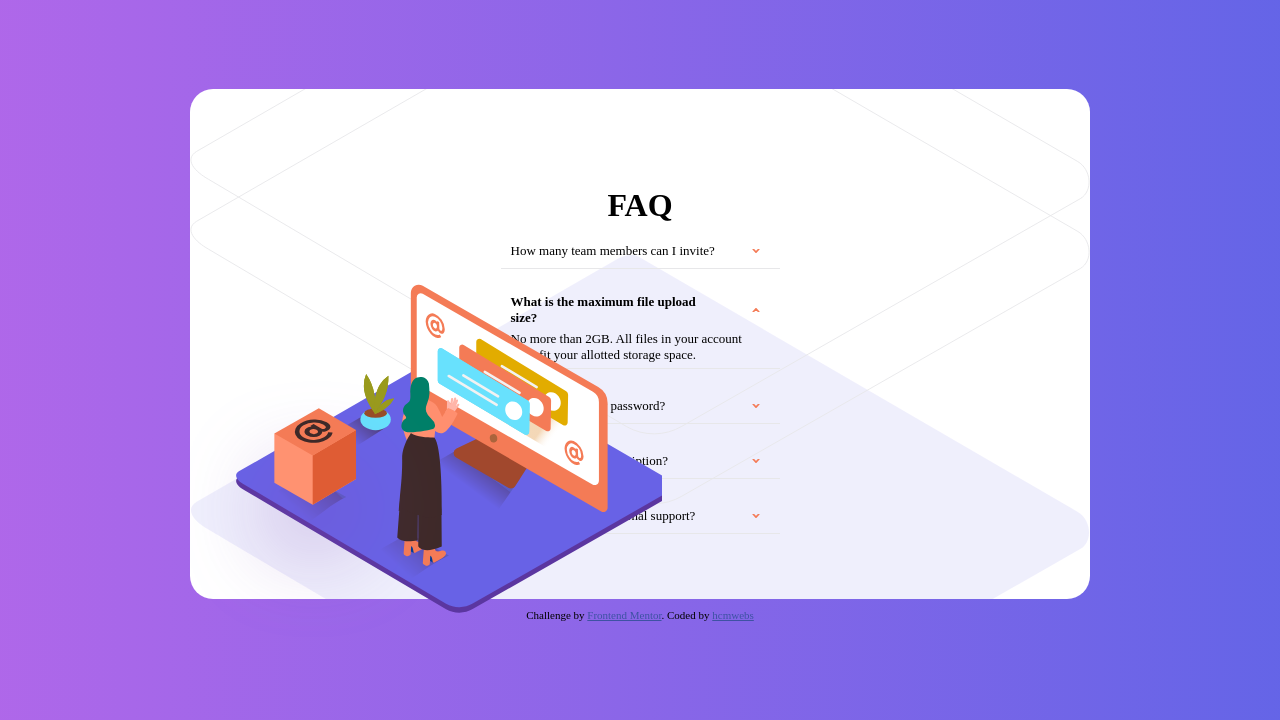
Repository: Hcmwebs/faq-accordion-card
Page: index.html
The author's editor kept a copy of each file at every save. The page is drawn from the files as they stood at one save, then again after the next save.
The browser window is 1280 px wide. The pictures show the whole page.
The style sheet was rebuilt from its Sass, Less or Tailwind sources for each picture, by a compiler version that may differ from the author's.

Above is the page before, as saved 2020-11-09 11:01:52.

### index.html
<!DOCTYPE html>
<html lang="en">
  <head>
    <meta charset="UTF-8" />
    <meta name="viewport" content="width=device-width, initial-scale=1.0" />
    <!-- displays site properly based on user's device -->

    <link
      rel="icon"
      type="image/png"
      sizes="32x32"
      href="./images/favicon-32x32.png"
    />
    <link rel="stylesheet" href="css/main.min.css" />

    <title>Frontend Mentor | FAQ Accordion Card</title>

    <!-- Feel free to remove these styles or customise in your own stylesheet 👍 -->
  </head>
  <body>
    <div class="container">
      <div class="card">
        <div class="card__header">
          <img
            src="/images/illustration-woman-online-mobile.svg"
            alt="image of a woman online"
          />
        </div>

        <div class="card__body">
          <h1 class="card__body--title">faq</h1>
          <div class="card__body--item">
            <div class="card__body--item--title">
              <h2>How many team members can I invite?</h2>
              <button>
                <img src="/images/icon-arrow-down.svg" alt="icon-arrow-down" />
              </button>
            </div>
            <p class="d-N">
              You can invite up to 2 additional users on the Free plan.There is
              no limit on team members for the Premium plan.
            </p>
            <div class="card__body--item--divider"></div>
          </div>

          <div class="card__body--item">
            <div class="card__body--item--title">
              <h2><strong>What is the maximum file upload size?</strong></h2>
              <button>
                <img
                  src="/images/icon-arrow-down.svg"
                  alt="icon-arrow-down"
                  class="rotate"
                />
              </button>
            </div>
            <p>
              No more than 2GB. All files in your account must fit your allotted
              storage space.
            </p>
            <div class="card__body--item--divider"></div>
          </div>

          <div class="card__body--item">
            <div class="card__body--item--title">
              <h2>How do I reset my password?</h2>
              <button>
                <img src="/images/icon-arrow-down.svg" alt="icon-arrow-down" />
              </button>
            </div>
            <p class="d-N">
              Click “Forgot password” from the login page or “Change password”
              from your profile page. A reset link will be emailed to you.
            </p>
            <div class="card__body--item--divider"></div>
          </div>

          <div class="card__body--item">
            <div class="card__body--item--title">
              <h2>Can I cancel my subscription?</h2>
              <button>
                <img src="/images/icon-arrow-down.svg" alt="icon-arrow-down" />
              </button>
            </div>
            <p class="d-N">
              Yes! Send us a message and we’ll process your request no questions
              asked.
            </p>
            <div class="card__body--item--divider"></div>
          </div>

          <div class="card__body--item">
            <div class="card__body--item--title">
              <h2>Do you provide additional support?</h2>
              <button>
                <img src="/images/icon-arrow-down.svg" alt="icon-arrow-down" />
              </button>
            </div>
            <p class="d-N">
              Chat and email support is available 24/7. Phone lines are open
              during normal business hours.
            </p>
            <div class="card__body--item--divider"></div>
          </div>
        </div>
      </div>

      <div class="attribution">
        Challenge by
        <a href="https://www.frontendmentor.io?ref=challenge" target="_blank"
          >Frontend Mentor</a
        >. Coded by
        <a
          href="https://github.com/Hcmwebs/faq-accordion-card.git"
          target="_blank"
          rel="noopener noreferrer"
          >hcmwebs</a
        >
      </div>
    </div>
  </body>
</html>

### scss/main.scss

// /*====fonts====*/

// @import url('https://fonts.googleapis.com/css2?family=Kumbh+Sans:wght@400;700&display=swap');

// $font-stack: 'Kumbh Sans',sans-serif;
// $font-size: 10px;
// $font-light: 400;
// $font-bold: 700;


// /*====primary color====*/
// /*====text-color====*/

// $veryDarkDesaturatedBlue: hsl(238, 29%, 16%);
// $softRed: hsl(14, 88%, 65%);

// /*====background -gradient====*/

// $gradientSoftViolet: hsl(273, 75%, 66%);
// $gradientSoftBlue: hsl(240, 73%, 65%);

// /*====Neutral color====*/
// /*====text-color====*/

// $veryDarkGrayishBlue: hsl(237, 12%, 33%);
// $darkGrayishBlue: hsl(240, 6%, 50%);

// /*====dividers-color====*/

// $dividersLightGrayishBlue: hsl(240, 5%, 91%);

@import'variables';
@import 'mixins';


*{
  margin: 0;
  padding: 0;
  box-sizing: border-box;
}

.body{
width: 100%;
height: 100vh;
font-family:$font-stack;
font-size: $font-size;
font-weight: $font-light;
@include grid($center, $center);
}

.container{
  width: 100%;
  height: 100vh;
  background: linear-gradient(90deg,$gradientSoftViolet 0%,$gradientSoftBlue 100%);
  @include flex($column, $center, $center);

  .card{
    width: 327px;
    height:535px;
    background:#fff url(/images/bg-pattern-mobile.svg) no-repeat 50px -130px;
    background-size:230px 230px;
    border-radius:23px;
    margin-top: 100px;
    padding: 10px;
    @include flex($column,$center,$center);
    position: relative;


    &__header{
      width: 237px;
      height: 180px;
      position: absolute;
      top: -40px;
      transform: translateY(-60px);

      img{
        width: 100%;
        height: 100%;
        object-fit: cover;

      }

    }


    &__body{
      width: 100%;
      height: 354px;
      padding:20px;
      @include grid($center,$center);
      grid-template-columns: 1fr;
      gap: 5px;


      &--title{
      font-weight: $font-bold;
      font-size: 32px;
      text-transform: uppercase;
      margin: 0 auto;
      }

      &--item{
        width: 279px;
        margin: 0 auto;
        padding: 10px;
        @include grid($center,$center);
        gap: 5px;
        cursor: pointer;
        transition: all 0.5s ease-in-out;

        &:hover{

          box-shadow: 0 2px 20px $darkGrayishBlue;
        }


        &--title{
          width: 279px;
          padding: 0 10px;
          @include flex($row,$spaceBetween,$center);

          h2{
            font-size: 13px;
            font-weight: $font-light;
            transition: all 0.5s ease-in-out;

            &:hover{
              color:$softRed;
            }
          }

          button{
            margin-left: 20px;
            padding: 10px;
            cursor: pointer;
            background-color: transparent;
            border: none;
            @include grid($center,$center);
            transition: all 0.75s ease-in-out;


            img{
              width: 8px;
              height: 4px;
              display: block;
              object-fit: cover;
              color:$softRed;

            }

          }
        }

        p{
          font-size: 13px;
          padding: 0 10px;
        }

        &--divider{
          width: 100%;
          height: 1px;
          background-color:$dividersLightGrayishBlue;
        }
      }

    }

  }

  .attribution {
    font-size: 11px;
    text-align: center;
    margin:10px 0;


  }

  .attribution a {
    color: hsl(228, 45%, 44%);
  }
}

.d-N {
  display:none;
}

.rotate{
  transform: rotate(180deg);
}




@import 'medias';

### scss/_variables.scss
/*====fonts====*/

@import url('https://fonts.googleapis.com/css2?family=Kumbh+Sans:wght@400;700&display=swap');

$font-stack: 'Kumbh Sans',sans-serif;
$font-size: 10px;
$font-light: 400;
$font-bold: 700;


/*====primary color====*/
/*====text-color====*/

$veryDarkDesaturatedBlue: hsl(238, 29%, 16%);
$softRed: hsl(14, 88%, 65%);

/*====background -gradient====*/

$gradientSoftViolet: hsl(273, 75%, 66%) ;
$gradientSoftBlue: hsl(240, 73%, 65%);

/*====Neutral color====*/
/*====text-color====*/

$veryDarkGrayishBlue: hsl(237, 12%, 33%);
$darkGrayishBlue: hsl(240, 6%, 50%);

/*====dividers-color====*/

$dividersLightGrayishBlue: hsl(240, 5%, 91%);


/*====alignments====*/
$flexStart: flex-start;
$flexEnd: flex-End;
$center: center;
$spaceAround: space-around;
$spaceBetween: space-between;


/*====placeItems====*/

$placeItems: place-items;


/*====justify====*/

$justify: justify-content;

/*====align====*/
$align: align-items;

/*====direction====*/
$direction: flex-direction;
$row:row;
$column:column;

### scss/_mixins.scss
/*====grid====*/
@mixin grid ($justify,$align){

  display: grid;
  justify-content: $justify;
  align-items: $align;
}

@mixin flex ($direction, $justify, $align) {
  display: flex;
  flex-direction: $direction;
  justify-content: $justify;
  align-items: $align;

}

### scss/_medias.scss


/*====Desktop: 1440px;====*/

@media(max-width: 1440px){
  .container{
    min-width: 800px;

    .card{
      width:900px ;
      height: 510px;
      margin-top: 0;
      flex-direction: $row;
      background-image:url(/images/bg-pattern-desktop.svg);
      background-size:cover;
      background-position: left center;

      &__header{
        width: 472px;
        height: 358px;
        left: 0;
        top: 50%;
      }

      &__body{

      }
    }
  }
}


/*====Mobile: 375px;====*/

@media(max-width:375px) {
  .container {
   min-width: 320px;

    .card{
      width: 327px;
      height: 535px;
      background-size: 230px 230px;
      background-position:50px -130px;

    &__header{
        width: 237px;
        height: 180px;
        position: absolute;
        top: -40px;
        transform: translateY(-60px);

        img {
          width: 100%;
          height: 100%;
          object-fit: cover;

        }
      }

    }


  }
}

After the next save:
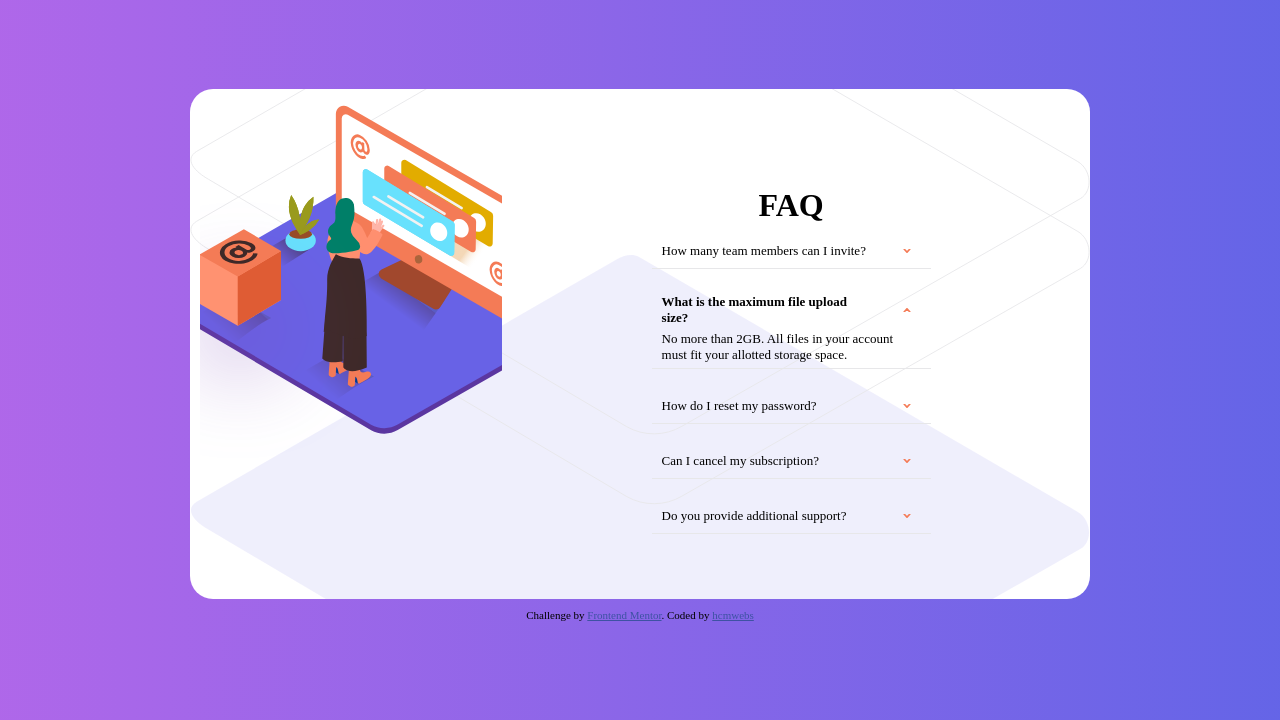
Saved 2 min 30 s later.
--- a/scss/main.scss
+++ b/scss/main.scss
@@ -70,8 +70,6 @@ font-weight: $font-light;
     &__header{
       width: 237px;
       height: 180px;
-      position: absolute;
-      top: -40px;
       transform: translateY(-60px);
 
       img{
